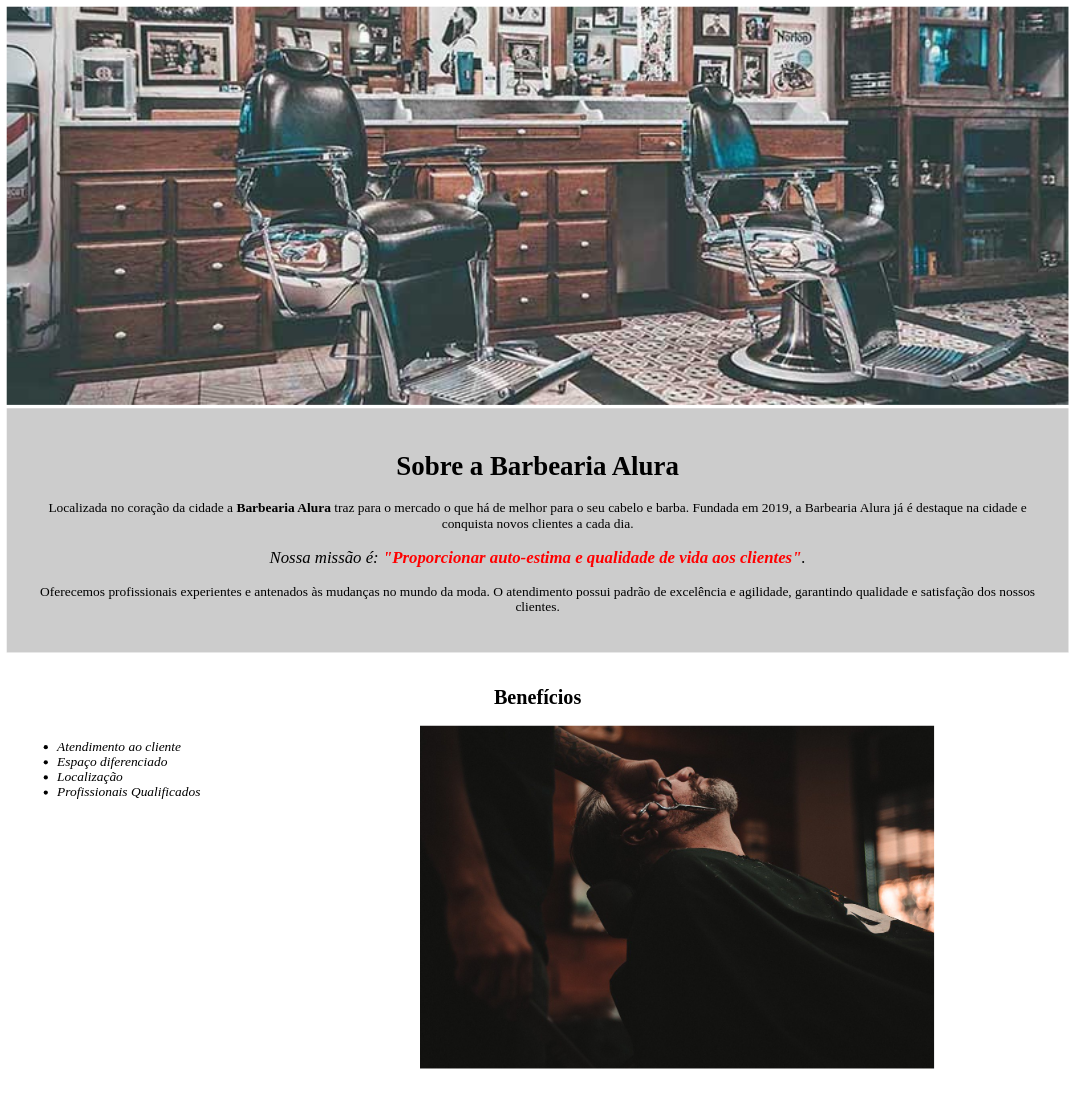
Repository: RenatoCCS/Barbearia_Alura
Page: index.html
An editor plug-in stored every save of this project. The page is shown before and after the next save, followed by the edit.
The browser window is 1280 px wide. The pictures show the whole page, at 84% of full size.

Above is the page before, as saved 2022-10-17 21:27:14.

### index.html
<!DOCTYPE html>

<html lang="pt-br">
  <head>
    <meta charset="UTF-8" />
    <title>Barbearia Alura</title>
    <link rel="stylesheet" href="style.css" />
  </head>

  <body>
    <img id="banner" src="banner.jpg" />
    <div class="principal">
      <h1>Sobre a Barbearia Alura</h1>

      <p style="text-align: center">
        Localizada no coração da cidade a <strong>Barbearia Alura</strong> traz
        para o mercado o que há de melhor para o seu cabelo e barba. Fundada em
        2019, a Barbearia Alura já é destaque na cidade e conquista novos
        clientes a cada dia.
      </p>

      <p id="missao">
        <em>
          Nossa missão é:
          <strong
            >"Proporcionar auto-estima e qualidade de vida aos clientes"</strong
          >.
        </em>
      </p>

      <p style="text-align: center">
        Oferecemos profissionais experientes e antenados às mudanças no mundo da
        moda. O atendimento possui padrão de excelência e agilidade, garantindo
        qualidade e satisfação dos nossos clientes.
      </p>
    </div>

    <div class="beneficios">
      <h2>Benefícios</h2>
      <ul>
        <li class="itens">Atendimento ao cliente</li>
        <li class="itens">Espaço diferenciado</li>
        <li class="itens">Localização</li>
        <li class="itens">Profissionais Qualificados</li>
      </ul>
      <img src="beneficios.jpg" class="imagembeneficios" />
    </div>
  </body>
</html>

### style.css
body {
}

#banner {
  width: 100%;
}

.principal {
  background: #cccccc;
  padding: 30px;
}

h1 {
  text-align: center;
}

p {
  text-align: center;
}

#missao {
  font-size: 20px;
}

em strong {
  color: #ff0000;
}

.itens {
  font-style: italic;
}

.beneficios {
  background: #ffffff;
  padding: 20px;
}

h2 {
  text-align: center;
}

ul {
  display: inline-block;
  vertical-align: top;
  width: 20%;
  margin-right: 15%;
}

.imagembeneficios {
  width: 50%;
}

After the next save:
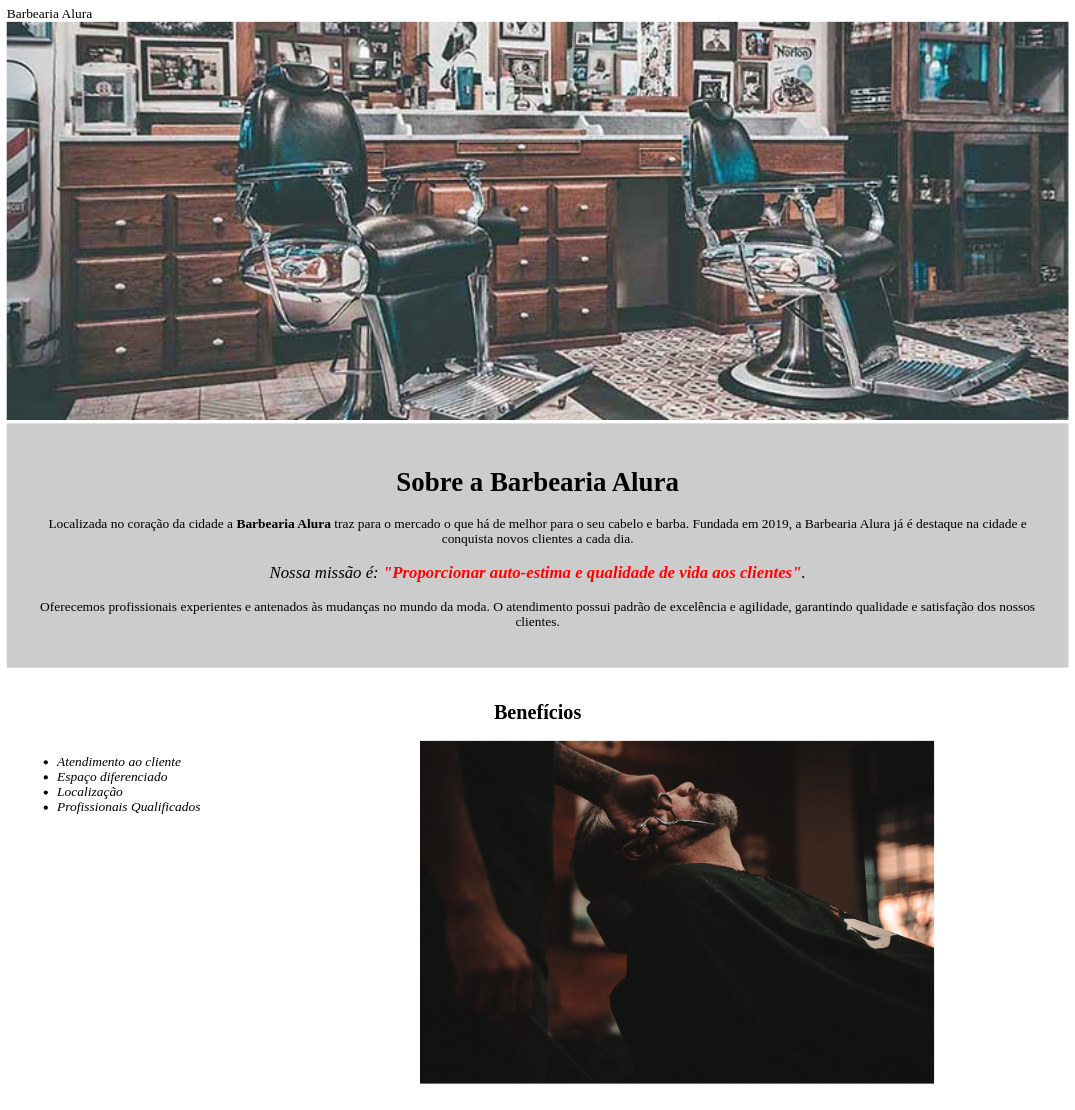
Saved 10 min 45 s later.
--- a/index.html
+++ b/index.html
@@ -8,6 +8,7 @@
   </head>
 
   <body>
+    <header>Barbearia Alura</header>
     <img id="banner" src="banner.jpg" />
     <div class="principal">
       <h1>Sobre a Barbearia Alura</h1>
